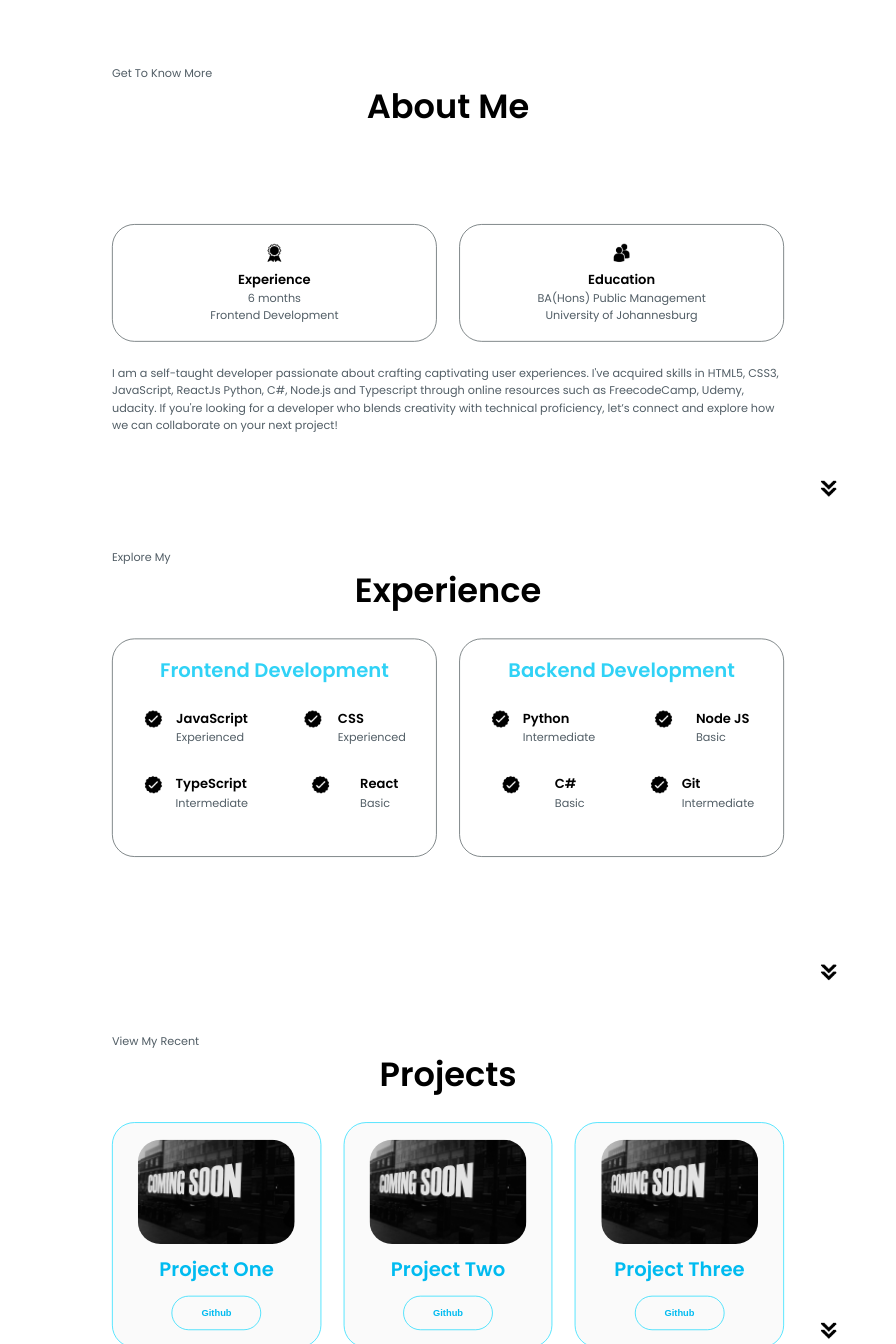
Repository: ntandomagana/FS-Dev-Portfolio
Page: index.html
The author's editor kept a copy of each file at every save. The page is drawn from the files as they stood at one save, then again after the next save.
The browser window is 1280 px wide. The pictures show the part of the page from y = 753 to 2673 px (the page is 3177 px tall), at 70% of full size.

Above is the page before, as saved 2024-05-06 15:19:33.

### index.html
<!DOCTYPE html>
<html lang="en">
  <head>
    <meta charset="UTF-8" />
    <meta http-equiv="X-UA-Compatible" content="IE=edge" />
    <meta name="viewport" content="width=device-width, initial-scale=1.0" />
    <title>My Portfolio</title>
    <link rel="stylesheet" href="style.css" />
    <link rel="stylesheet" href="mediaqueries.css" />
  </head>
  <body>
    <nav id="desktop-nav">
      <div class="logo">Berry Codes</div>
      <div>
        <ul class="nav-links">
          <li><a href="#about">About</a></li>
          <li><a href="#experience">Skills</a></li>
          <li><a href="#projects">Projects</a></li>
          <li><a href="#contact">Contact</a></li>
        </ul>
      </div>
    </nav>
    <nav id="hamburger-nav">
      <div class="logo">Coding Berry</div>
      <div class="hamburger-menu">
        <div class="hamburger-icon" onclick="toggleMenu()">
          <span></span>
          <span></span>
          <span></span>
        </div>
        <div class="menu-links">
          <li><a href="#about" onclick="toggleMenu()">About</a></li>
          <li><a href="#experience" onclick="toggleMenu()">Skills</a></li>
          <li><a href="#projects" onclick="toggleMenu()">Projects</a></li>
          <li><a href="#contact" onclick="toggleMenu()">Contact</a></li>
        </div>
      </div>
    </nav>
    <section id="profile">
      <div class="section-pic-container">
        <img src="./assets/bwpp.jpg" alt="profile picture" />
      </div>
      <div class="section-text">
        <p class="section-text-p1">Hello there, I am</p>

        <h1 class="title"><span id="typed-text"></span></h1>

        <p class="section-text-p2">Frontend Developer</p>
        <div class="btn-container">
          <button
            class="btn btn-color-2"
            onclick="window.open('./assets/NP Magana - Frontend CV.pdf')"
          >
            Download CV
          </button>
          <button class="btn btn-color-1" onclick="location.href='./#contact'">
            Contact Info
          </button>
        </div>
        <div id="socials-container">
          <img
            src="./assets/linkedin.png"
            alt="My LinkedIn profile"
            class="icon"
            onclick="location.href='https://www.linkedin.com/in/ntandoyenkosi-magana-/'"
          />
          <!--

          <img
            src="./assets/icons8-twitterx-50.png"
            alt="My Twitter profile"
            class="icon"
            onclick="location.href='https://twitter.com/'"
          /> -->
          <img
            src="./assets/github.png"
            alt="My Github profile"
            class="icon"
            onclick="location.href='https://github.com/ntandomagana'"
          />
        </div>
      </div>
    </section>
    <section id="about">
      <p class="section__text__p1">Get To Know More</p>
      <h1 class="title">About Me</h1>
      <div class="section-container">
        <div class="about-details-container">
          <div class="about-containers">
            <div class="details-container">
              <img
                src="./assets/experience.png"
                alt="Experience icon"
                class="icon"
              />
              <h3>Experience</h3>
              <p>6 months <br />Frontend Development</p>
            </div>
            <div class="details-container">
              <img
                src="./assets/education.png"
                alt="Education icon"
                class="icon"
              />
              <h3>Education</h3>
              <p>BA(Hons) Public Management <br />University of Johannesburg</p>
            </div>
          </div>
          <div class="text-container">
            <p>
              I am a self-taught developer passionate about crafting captivating
              user experiences. I've acquired skills in HTML5, CSS3, JavaScript,
              ReactJs Python, C#, Node.js and Typescript through online
              resources such as FreecodeCamp, Udemy, udacity. If you're looking
              for a developer who blends creativity with technical proficiency,
              let’s connect and explore how we can collaborate on your next
              project!
            </p>
          </div>
        </div>
      </div>
      <img
        src="./assets/arrow.png"
        alt="Arrow icon"
        class="icon arrow"
        onclick="location.href='./#experience'"
      />
    </section>
    <section id="experience">
      <p class="section__text__p1">Explore My</p>
      <h1 class="title">Experience</h1>
      <div class="experience-details-container">
        <div class="about-containers">
          <div class="details-container">
            <h2 class="experience-sub-title">Frontend Development</h2>
            <div class="article-container">
              <article>
                <img
                  src="./assets/checkmark.png"
                  alt="Experience icon"
                  class="icon"
                />
                <div>
                  <h3>JavaScript</h3>
                  <p>Experienced</p>
                </div>
              </article>
              <article>
                <img
                  src="./assets/checkmark.png"
                  alt="Experience icon"
                  class="icon"
                />
                <div>
                  <h3>CSS</h3>
                  <p>Experienced</p>
                </div>
              </article>
              <article>
                <img
                  src="./assets/checkmark.png"
                  alt="Experience icon"
                  class="icon"
                />
                <div>
                  <h3>TypeScript</h3>
                  <p>Intermediate</p>
                </div>
              </article>
              <article>
                <img
                  src="./assets/checkmark.png"
                  alt="Experience icon"
                  class="icon"
                />
                <div>
                  <h3>React</h3>
                  <p>Basic</p>
                </div>
              </article>
              <article></article>
            </div>
          </div>
          <div class="details-container">
            <h2 class="experience-sub-title">Backend Development</h2>
            <div class="article-container">
              <article>
                <img
                  src="./assets/checkmark.png"
                  alt="Experience icon"
                  class="icon"
                />
                <div>
                  <h3>Python</h3>
                  <p>Intermediate</p>
                </div>
              </article>
              <article>
                <img
                  src="./assets/checkmark.png"
                  alt="Experience icon"
                  class="icon"
                />
                <div>
                  <h3>Node JS</h3>
                  <p>Basic</p>
                </div>
              </article>
              <article>
                <img
                  src="./assets/checkmark.png"
                  alt="Experience icon"
                  class="icon"
                />
                <div>
                  <h3>C#</h3>
                  <p>Basic</p>
                </div>
              </article>
              <article>
                <img
                  src="./assets/checkmark.png"
                  alt="Experience icon"
                  class="icon"
                />
                <div>
                  <h3>Git</h3>
                  <p>Intermediate</p>
                </div>
              </article>
            </div>
          </div>
        </div>
      </div>
      <img
        src="./assets/arrow.png"
        alt="Arrow icon"
        class="icon arrow"
        onclick="location.href='./#projects'"
      />
    </section>
    <section id="projects">
      <p class="section__text__p1">View My Recent</p>
      <h1 class="title">Projects</h1>
      <div class="experience-details-container">
        <div class="about-containers">
          <div class="details-container color-container">
            <div class="article-container">
              <img
                src="./assets/coming soon.jpg"
                alt="Project 1"
                class="project-img"
              />
            </div>
            <h2 class="experience-sub-title project-title">Project One</h2>
            <div class="btn-container">
              <button
                class="btn btn-color-2 project-btn"
                onclick="location.href='https://github.com/'"
              >
                Github
              </button>
            </div>
          </div>
          <div class="details-container color-container">
            <div class="article-container">
              <img
                src="./assets/coming soon.jpg"
                alt="Project 2"
                class="project-img"
              />
            </div>
            <h2 class="experience-sub-title project-title">Project Two</h2>
            <div class="btn-container">
              <button
                class="btn btn-color-2 project-btn"
                onclick="location.href='https://github.com/'"
              >
                Github
              </button>
            </div>
          </div>
          <div class="details-container color-container">
            <div class="article-container">
              <img
                src="./assets/coming soon.jpg"
                alt="Project 3"
                class="project-img"
              />
            </div>
            <h2 class="experience-sub-title project-title">Project Three</h2>
            <div class="btn-container">
              <button
                class="btn btn-color-2 project-btn"
                onclick="location.href='https://github.com/'"
              >
                Github
              </button>
            </div>
          </div>
        </div>
      </div>
      <img
        src="./assets/arrow.png"
        alt="Arrow icon"
        class="icon arrow"
        onclick="location.href='./#contact'"
      />
    </section>
    <section id="contact">
      <p class="section__text__p1">Get in Touch</p>
      <h1 class="title">Contact Me</h1>
      <div class="contact-info-upper-container">
        <div class="contact-info-container">
          <img
            src="./assets/email.png"
            alt="Email icon"
            class="icon contact-icon email-icon"
          />
          <p>
            <a href="mailto:ntandomagana@gmail.com">ntandomagana@gmail.com</a>
          </p>
        </div>
        <div class="contact-info-container">
          <img
            src="./assets/linkedin.png"
            alt="LinkedIn icon"
            class="icon contact-icon"
          />
          <p><a href="https://www.linkedin.com">LinkedIn</a></p>
        </div>
      </div>
    </section>
    <footer>
      <nav>
        <div class="nav-links-container">
          <ul class="nav-links">
            <li><a href="#about">About</a></li>
            <li><a href="#experience">Skills</a></li>
            <li><a href="#projects">Projects</a></li>
            <li><a href="#contact">Contact</a></li>
          </ul>
        </div>
      </nav>
      <p>Copyright &#169; 2023 Ntando Magana. All Rights Reserved.</p>
    </footer>
    <script src="script.js"></script>
  </body>
</html>

### style.css
@import url("https://fonts.googleapis.com/css2?family=Poppins:wght@300;400;500;600&display=swap");

* {
  margin: 0;
  padding: 0;
}

body {
  font-family: "Poppins", sans-serif;
}

html {
  scroll-behavior: smooth;
}

p {
  color: #515d65;
}

section {
  margin-bottom: 2px;
}

a,
.btn {
  transition: all 300ms ease;
}

nav,
.nav-links {
  display: flex;
}

nav {
  justify-content: space-around;
  align-items: center;
  height: 17vh;
}

.nav-links {
  gap: 2rem;
  list-style-type: none;
  font-size: 1.5rem;
}

a {
  color: rgb(76, 87, 90);
  text-decoration: underline;
  text-underline-offset: 0.8rem;
  text-decoration-color: rgb(76, 87, 90);
}

.logo {
  font-size: 2rem;
}

.logo:hover {
  cursor: default;
}

#hamburger-nav {
  display: none;
}

.hamburger-menu {
  position: relative;
  display: inline-block;
}

.hamburger-icon {
  display: flex;
  flex-direction: column;
  justify-content: space-between;
  height: 24px;
  width: 30px;
  cursor: pointer;
}



.hamburger-icon span {
  width: 100%;
  height: 2px;
  background-color: rgb(76, 87, 90);
  transition: all 0.3 ease-in-out;
}

.menu-links {
  position: absolute;
  top: 100%;
  right: 0;
  background-color: white;
  width: fit-content;
  max-height: 0;
  overflow: hidden;
  transition: all 0.3 ease-in-out;
}

.menu-links a {
  display: block;
  padding: 10px;
  text-align: center;
  font-size: 1.5rem;
  color: rgb(76, 87, 90);
  text-decoration: none;
  transition: all 0.3 ease-in-out;
}

.menu-links li {
  list-style-type: none;
}

.menu-links.open {
  max-height: 300px;
}

.hamburger-icon.open span:first-child {
  transform: rotate(45deg) translate(10px, 5px);
}

.hamburger-icon.open span:nth-child(2) {
  opacity: 0;
}

.hamburger-icon.open span:last-child {
  transform: rotate(-45deg) translate(10px, -5px);
}

.hamburger-icon span:first-child {
  transform: none;
}

.hamburger-icon span:first-child {
  opacity: 1;
}

.hamburger-icon span:first-child {
  transform: none;
}

section {
  padding-top: 4vh;
  height: 96vh;
  margin: 0 10rem;
  box-sizing: border-box;
  min-height: fit-content;
}

.section-container {
  display: flex;
}

#profile {
  display: flex;
  justify-content: center;
  gap: 5rem;
  height: 80vh;
}

.section-pic-container {
  display: flex;
  height: 400px;
  width: 400px;
  margin: auto 0;
}

.section-text {
  align-self: center;
  text-align: center;
}

.section-text p {
  font-weight: 600;
}

.section-text-p1 {
  text-align: center;
}

.section-text-p2 {
  font-size: 1.75rem;
  margin-bottom: 1rem;
}

.title {
  font-size: 3rem;
  text-align: center;
}

#socials-container {
  display: flex;
  justify-content: center;
  margin-top: 1rem;
  gap: 1rem;
}

.icon {
  cursor: pointer;
  height: 2rem;
}

/* BUTTONS */

.btn-container {
  display: flex;
  justify-content: center;
  gap: 1rem;
}

.btn {
  font-weight: 600;
  transition: all 300ms ease;
  padding: 1rem;
  width: 8rem;
  border-radius: 2rem;
}

.btn-color-1,
.btn-color-2 {
  border:rgb(76, 87, 90) 0.1rem solid;
}

.btn-color-1:hover,
.btn-color-2:hover {
  cursor: pointer;
}

.btn-color-1,
.btn-color-2:hover {
  background: rgb(76, 87, 90);
  color: white;
}

.btn-color-1:hover {
  background: rgb(76, 87, 90);
}

.btn-color-2 {
  background: none;
}

.btn-color-2:hover {
  border: rgb(76, 87, 90) 0.2rem solid;
}

.btn-container {
  gap: 1rem;
}

/* ABOUT SECTION */

#about {
  position: relative;
}

.about-containers {
  gap: 2rem;
  margin-bottom: 2rem;
  margin-top: 2rem;
}

.about-details-container {
  justify-content: center;
  flex-direction: column;
}

.about-containers,
.about-details-container {
  display: flex;
}

.arrow {
  position: absolute;
  right: -5rem;
  bottom: 2.5rem;
}

.details-container {
  padding: 1.5rem;
  flex: 1;
  background: white;
  border-radius: 2rem;
  border: rgb(76, 87, 90) 0.1rem solid;
  border-color: rgb(76, 87, 90);
  text-align: center;
}

.section-container {
  gap: 4rem;
  height: 80%;
}

.section__pic-container {
  height: 400px;
  width: 400px;
  margin: auto 0;
}

/* EXPERIENCE SECTION */

#experience {
  position: relative;
}

.experience-sub-title {
  color: rgb(48, 210, 246);
  font-weight: 600;
  font-size: 1.75rem;
  margin-bottom: 2rem;
}

.experience-details-container {
  display: flex;
  justify-content: center;
  flex-direction: column;
}

.article-container {
  display: flex;
  text-align: initial;
  flex-wrap: wrap;
  flex-direction: row;
  gap: 2.5rem;
  justify-content: space-around;
}

article {
  display: flex;
  width: 10rem;
  justify-content: space-around;
  gap: 0.5rem;
}

article .icon {
  cursor: default;
}

/* PROJECTS SECTION */

#projects {
  position: relative;
}

.color-container {
  border-color: rgb(21, 220, 255);
  background: rgb(250, 250, 250);
}

.project-img {
  border-radius: 2rem;
  width: 90%;
  height: 90%;
}

.project-title {
  margin: 1rem;
  color: #00bbf0;
}

.project-btn {
  color: #00bbf0;
  border-color: rgb(18, 217, 252);
}

/* CONTACT */

#contact {
  display: flex;
  justify-content: center;
  flex-direction: column;
  height: 70vh;
}

.contact-info-upper-container {
  display: flex;
  justify-content: center;
  border-radius: 2rem;
  border: rgb(16, 220, 242) 0.1rem solid;
  border-color: rgb(19, 211, 250);
  background: (250, 250, 250);
  margin: 2rem auto;
  padding: 0.5rem;
}

.contact-info-container {
  display: flex;
  align-items: center;
  justify-content: center;
  gap: 0.5rem;
  margin: 1rem;
}

.contact-info-container p {
  font-size: larger;
}

.contact-icon {
  cursor: default;
}

.email-icon {
  height: 2.5rem;
}

footer {
  height: 26vh;
  margin: 0 1rem;
}

footer p {
  text-align: center;
}

/* Add this CSS to your existing style.css or create a new style tag in the head of your HTML */

/* Bold, underline, and bubble effect for the logo */
.logo {
  font-weight: bold;
  text-decoration: wavy;
  display: inline-block;
  position: relative;
  border: 8px solid #1ea5ff; /* Adjust the border thickness and color as needed */
  padding: 6px; /* Adjust the padding as needed */
}

.logo::after {
  content: "";
  position: absolute;
  width: 100%;
  height: 0;
  bottom: 0;
  left: 0;
  opacity: 0;
  border-bottom: 2px solid #fff;
  animation: bubble 0.5s infinite ease-in-out;
}

@keyframes bubble {
  0% {
    height: 0;
    opacity: 0;
  }
  50% {
    height: 100%;
    opacity: 1;
  }
  100% {
    height: 0;
    opacity: 0;
  }
}

### mediaqueries.css
@media screen and (max-width: 1400px) {
    #profile {
        height: 83vh;
        margin-bottom: 6rem;
    }

    .about-containers {
        flex-wrap: wrap;
    }

    #contact,
    #projects {
        height: fit-content;
    }
}

@media screen and (max-width: 1200px) {
    #desktop-nav {
        display: none;
    }

    #hamburger-nav {
        display: flex;
    }

    #experience,
    .experience-details-container {
        margin-top: 2rem;

    }

    #profile,
    .section-container {
        display: block;
    }

    .arrow {
        display: none;
    }

    section,
    .section-container {
        height: fit-content;
    }

    section {
        margin: 0.5%;
    }

    .section-pic-container {
        width: 27spx;
        height: 275px;
        margin: 0 auto 2rem;
    }

    .about-containers {
        margin-top: 0;
    }
}

@media screen and (max-width:600px) {
    #contact,
    footer {
        height: 40vh;
    }

    #profile {
        height: 38vh;
        margin-bottom: 0;
    }

    article {
        font-size: 1rem;
    }

    footer nav {
        height: fit-content;
        margin-bottom: 2rem;
    }
    .about-containers,
    .contact-info-upper-container,
    .btn-container {
    flex-wrap: wrap;
  }

  .contact-info-container {
    margin: 0;
  }

  .contact-info-container p,
  .nav-links li a {
    font-size: 1rem;
  }

  .experience-sub-title {
    font-size: 1.25rem;
  }
  .logo {
    font-size: 1.5rem;
  }
  .nav-links {
    flex-direction: column;
    gap: 0.5rem;
    text-align: center;
  }
  .section__pic-container {
    width: auto;
    height: 46vw;
    justify-content: center;
  }
  .section__text__p2 {
    font-size: 1.25rem;
  }
  .title {
    font-size: 2rem;
  }
  .text-container {
    text-align: justify;
  }
}
}

### script.js
function toggleMenu() {
  const menu = document.querySelector(".menu-links");
  const icon = document.querySelector(".hamburger-icon");
  menu.classList.toggle("open");
  icon.classList.toggle("open");
}

//Javascript for looped typing effect
const typedText = document.getElementById("typed-text");
const textToType = 'Ntando Magana';

function typeText() {
  let index = 0;

  function type() {
    if (index < textToType.length) {
      typedText.innerHTML += textToType.charAt(index);
      index++;
      setTimeout(type, 200); // typing speed in milliseconds
    } else {
      setTimeout(erase, 300); // wait before erasing
    }
  }

  function erase() {
    if (typedText.innerHTML.length > 0) {
      typedText.innerHTML = typedText.innerHTML.slice(0, -1);
      setTimeout(erase, 300); //erasing speed in ms
    } else {
      index = 0; //Reset index for next typing cycle
      setTimeout(type, 200); // wait before typing again
    }
  }

  type(); // start typing
}

window.onload = typeText;

After the next save:
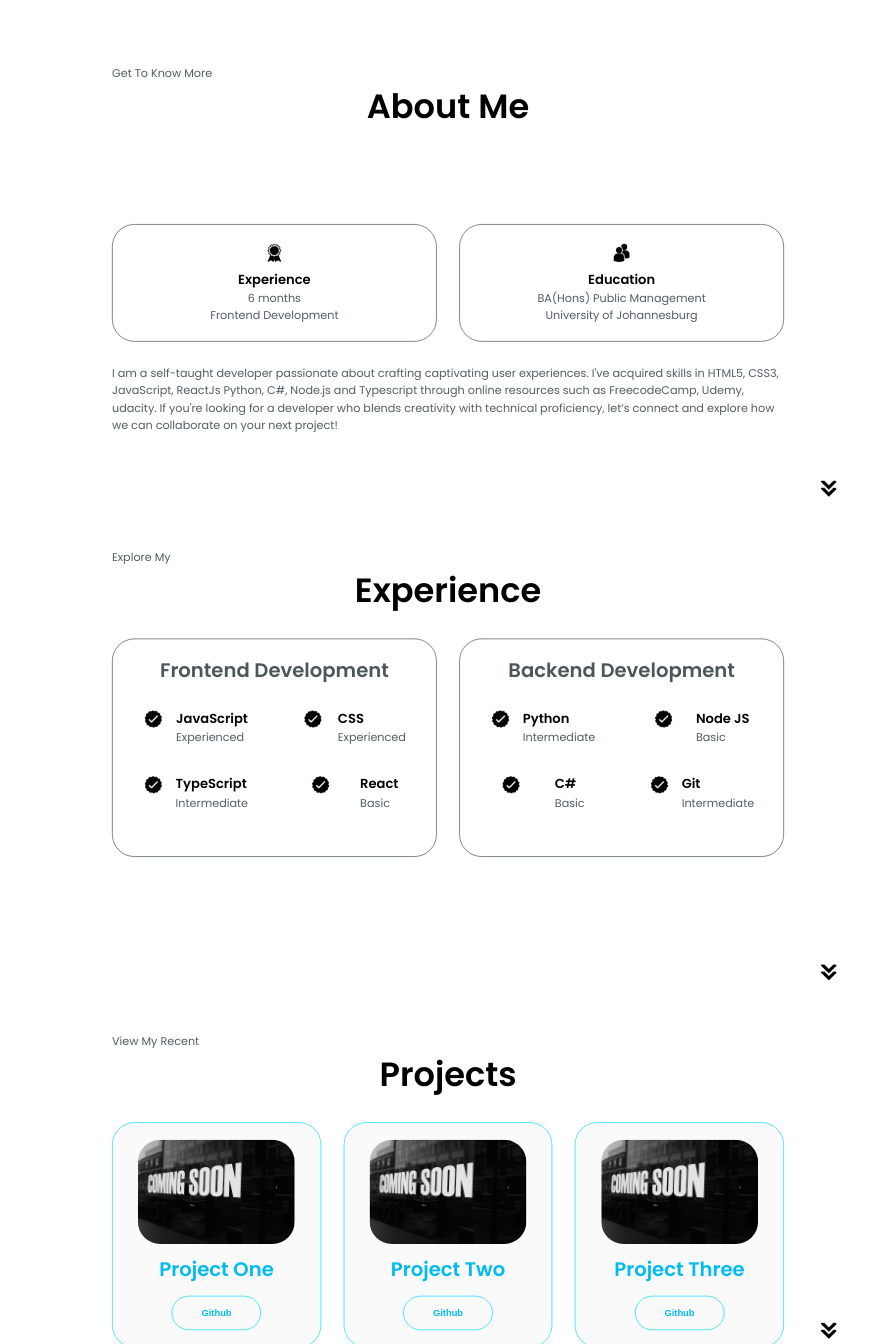
Saved 6 s later.
--- a/style.css
+++ b/style.css
@@ -303,7 +303,7 @@ section {
 }
 
 .experience-sub-title {
-  color: rgb(48, 210, 246);
+  color: rgb(76, 87, 90);
   font-weight: 600;
   font-size: 1.75rem;
   margin-bottom: 2rem;
